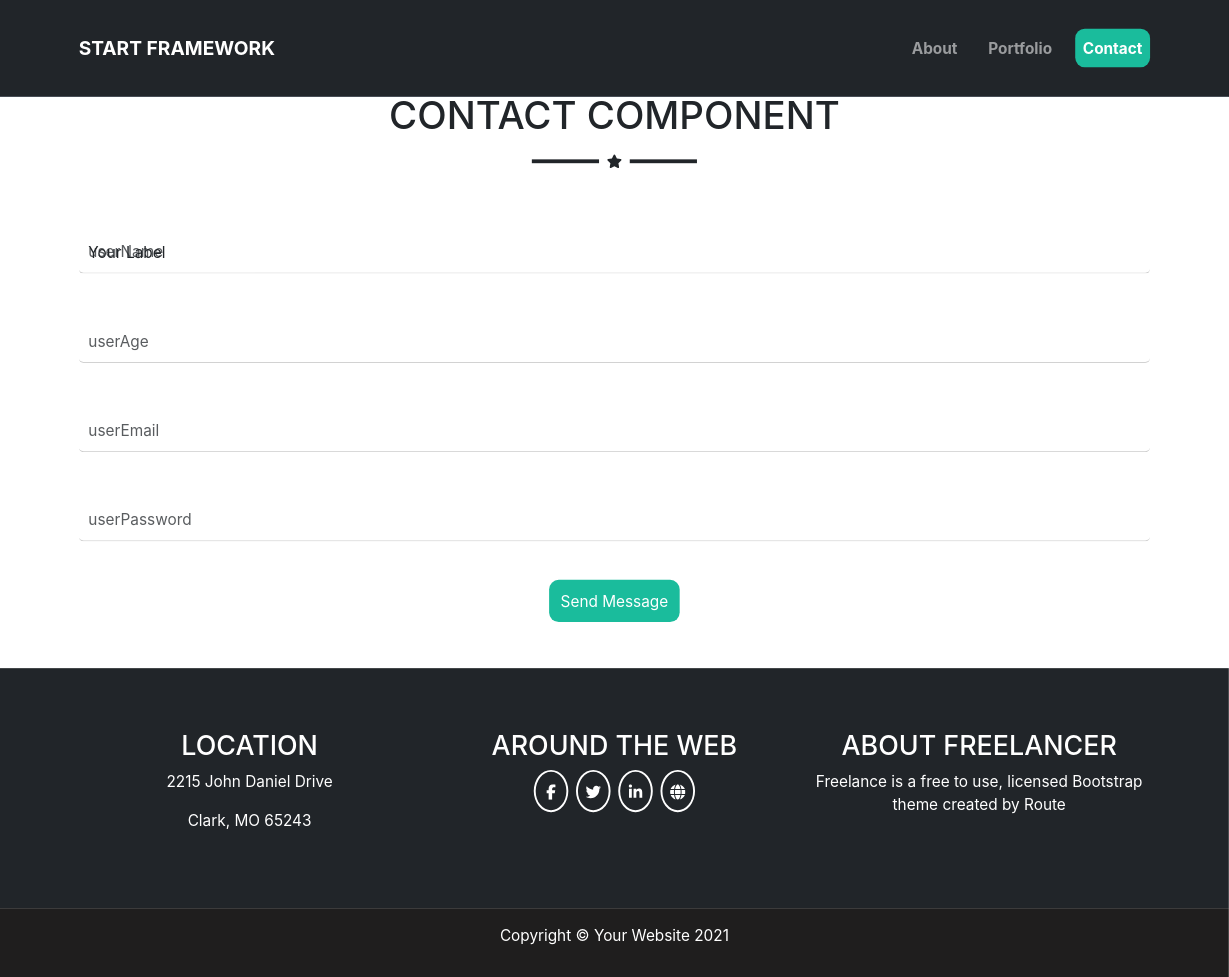
Repository: YomnaWegdan/startFramework
Page: /contact
These files come from the project's save history. The page is drawn as it stood at one moment and after a run of saves; the edit follows.
The browser window is 1280 px wide. The pictures show the whole page, at 96% of full size.
The project was rebuilt for these pictures with package versions that can differ from the ones it lists, and the page was loaded fresh each time. Also part of the build but not shown: src/Components/Home.jsx, src/Components/About.jsx, src/Components/Error.jsx, src/Components/Portfolio.jsx.

Above is the page before, as saved 2024-02-06 00:42:55.

After the next 2 saves:
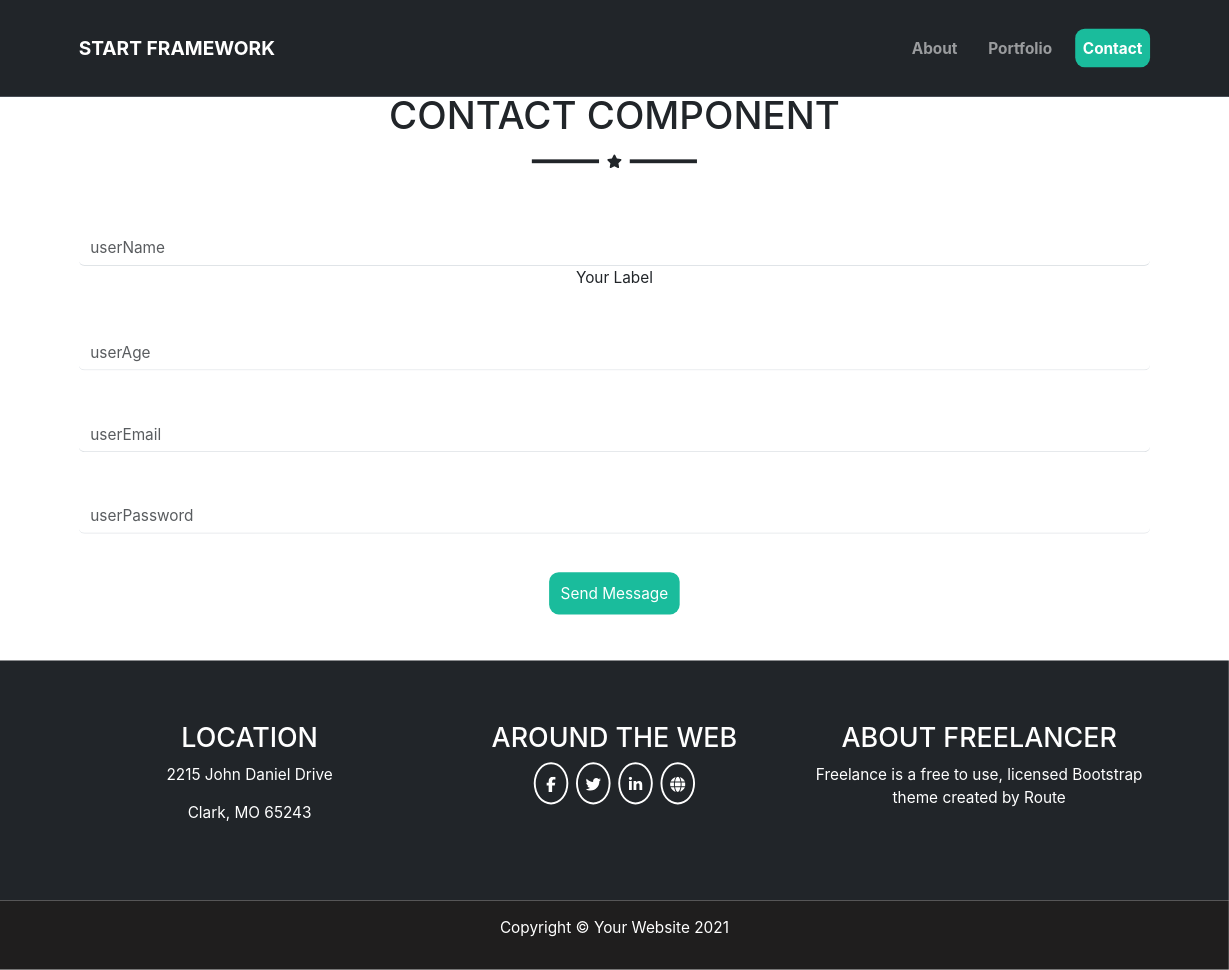
The 2 saves are shown as one change because they came seconds apart.
The last was saved 7 s later.
--- a/src/index.css
+++ b/src/index.css
@@ -84,20 +84,9 @@ div.inner:hover .plus{
 
 
 
-  .input-container {
-    position: relative;
-    margin-bottom: 20px;
-  }
 
-  .contact input {
-    width: 100%;
-    padding: 10px;
-    border: 1px solid #ccc;
-    border-radius: 5px;
-    transition: border-color 0.3s;
-  }
 
-  .contact label {
+  /* .contact label {
     position: absolute;
     top: 50%;
     left: 10px;
@@ -109,3 +98,4 @@ div.inner:hover .plus{
   .contact .focused label {
     transform: translateY(-100%) scale(0.8);
   }
+   */
